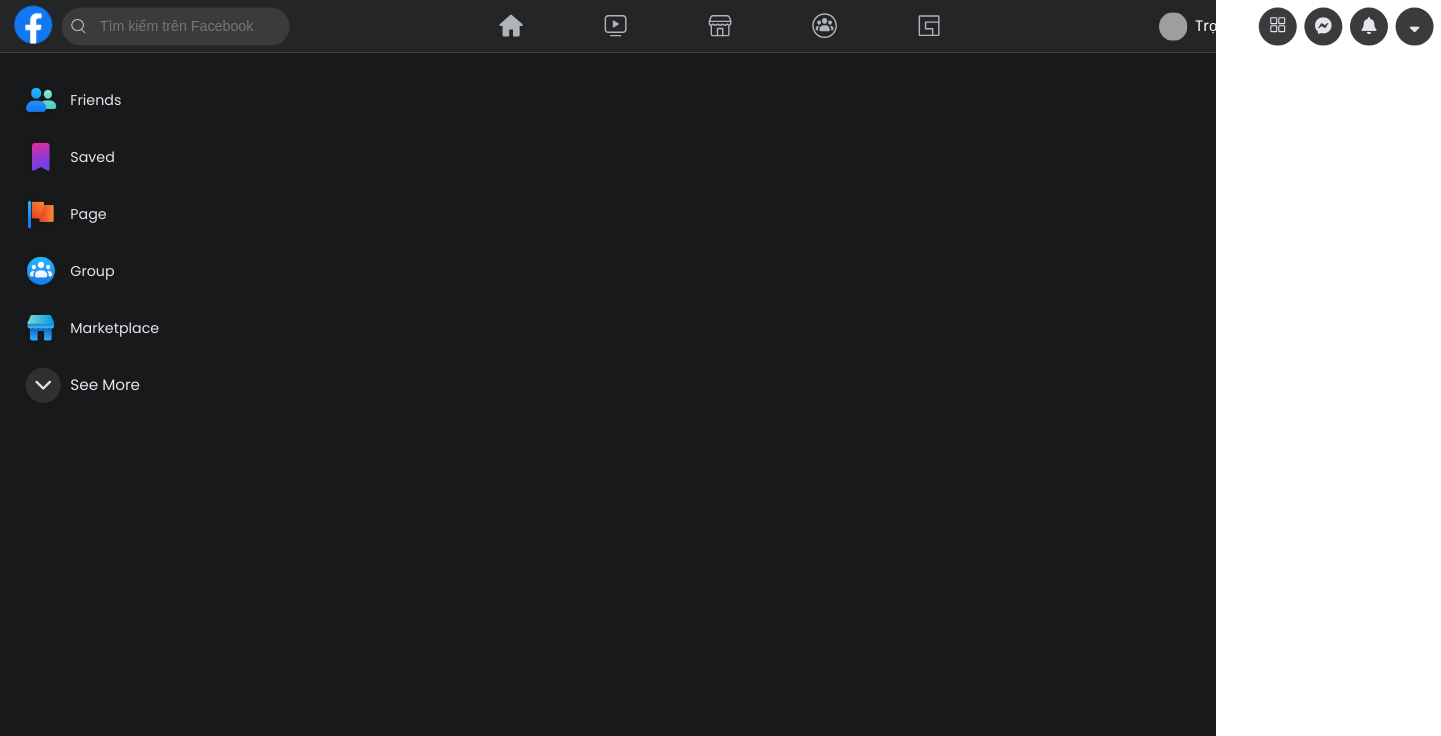
Repository: vanntrong/facebook-clone
Page: index.html
An editor plug-in stored every save of this project. The page is shown before and after the next save, followed by the edit.
The browser window is 1280 px wide. The page is 1517 px wide, so the pictures cover 1517 px, including what lies to the right of the window. The pictures show the whole page, at 95% of full size.
Pictures or frames that could not be fetched are drawn as grey boxes.

Above is the page before, as saved 2021-09-08 18:58:02.

After the next save:
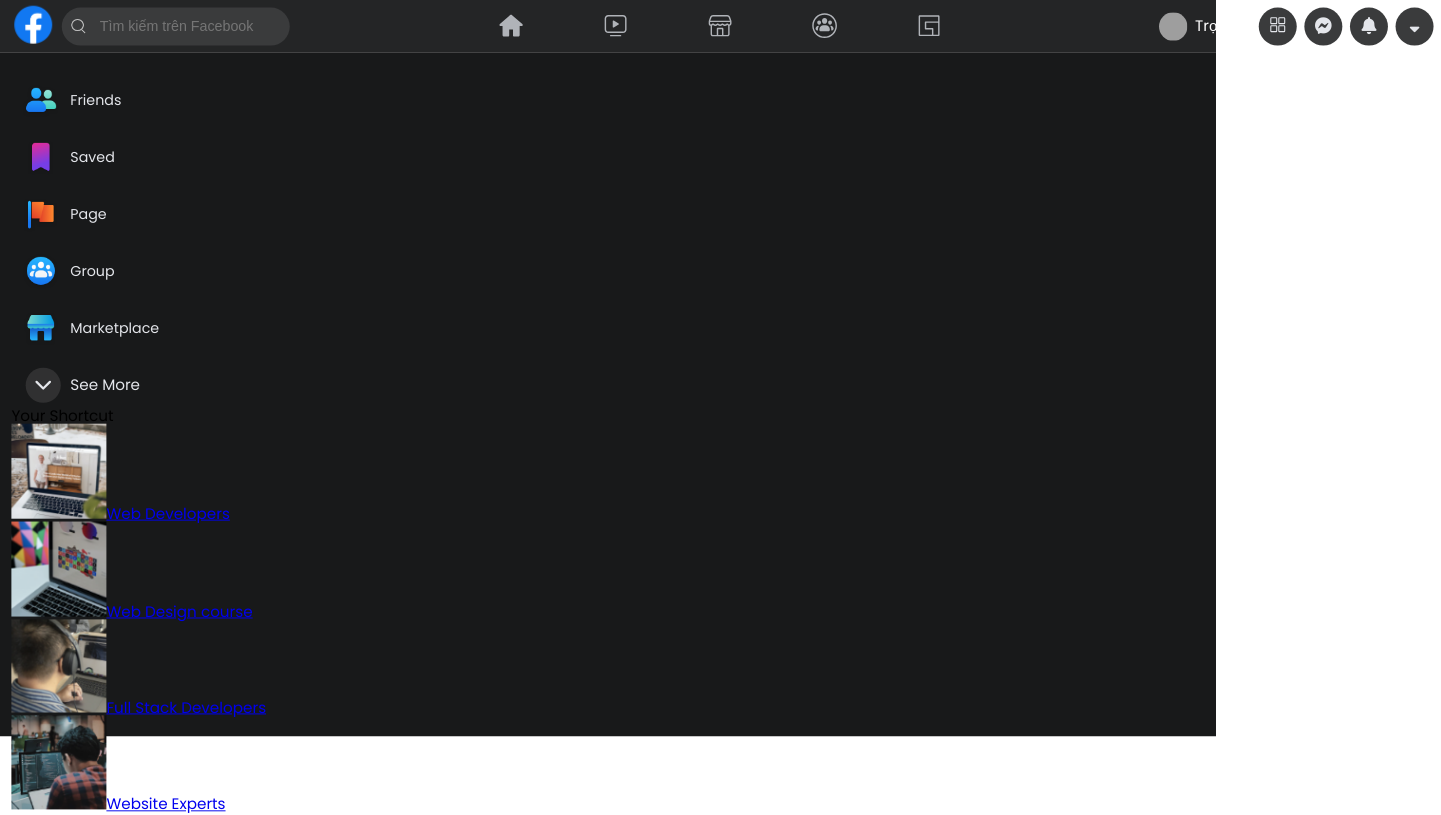
Saved 4 min 48 s later.
--- a/index.html
+++ b/index.html
@@ -150,6 +150,22 @@
             <span class="see-more-text">See More</span>
           </div>
         </div>
+
+        <div class="shortcut-side">
+          <p class="shortcut-text">Your Shortcut</p>
+          <a href="#" class="shortcut-link"
+            ><img src="./assets/images/shortcut-1.png" class="shortcut-img" />Web Developers</a
+          >
+          <a href="#" class="shortcut-link"
+            ><img src="./assets/images/shortcut-2.png" class="shortcut-img" />Web Design course</a
+          >
+          <a href="#" class="shortcut-link"
+            ><img src="./assets/images/shortcut-3.png" class="shortcut-img" />Full Stack Developers</a
+          >
+          <a href="#" class="shortcut-link"
+            ><img src="./assets/images/shortcut-4.png" class="shortcut-img" />Website Experts</a
+          >
+        </div>
       </div>
       <div class="main-content"></div>
       <div class="right-sidebar"></div>
